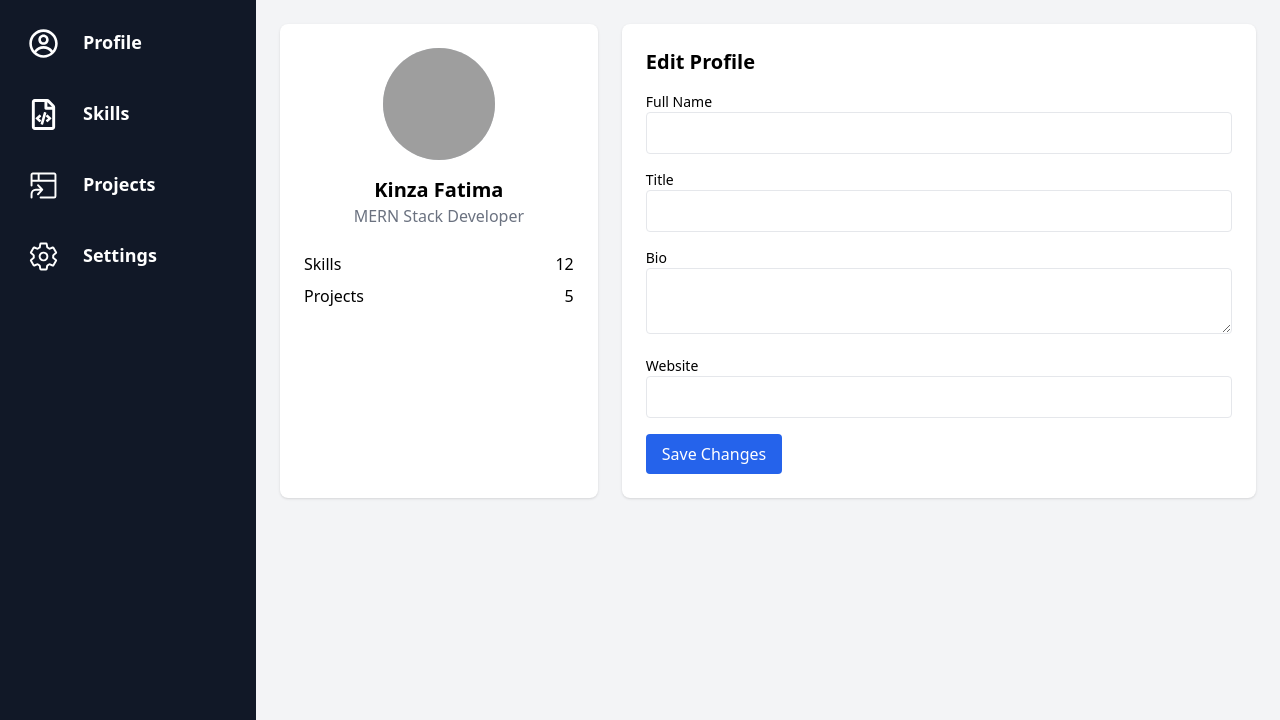
Repository: alizey12/DevLinker-Developer-Portfolio-Builder
Page: /dashboard/profile
These files come from the project's save history. The page is drawn as it stood at one moment and after a run of saves; the edit follows.
The browser window is 1280 px wide. The pictures show the whole page.
Pictures or frames that could not be fetched are drawn as grey boxes. The project was rebuilt for these pictures with package versions that can differ from the ones it lists, and the page was loaded fresh each time. Also part of the build but not shown: vite.config.js, src/Pages/Login.jsx, src/Pages/Signup.jsx, src/Pages/Portfolio.jsx, src/Pages/Page404.jsx, src/Pages/Dashboard/Skills.jsx, src/Pages/Dashboard/Project.jsx, src/Pages/Dashboard/Setting.jsx.

Above is the page before, as saved 2025-06-28 21:55:41.

### src/main.jsx
import { StrictMode } from 'react'

import { createRoot } from 'react-dom/client'
import './index.css'
import App from './App.jsx'
import { BrowserRouter } from 'react-router'

createRoot(document.getElementById('root')).render(
  <StrictMode>
  <BrowserRouter>
    <App />
    </BrowserRouter>
  </StrictMode>,
)

### src/App.jsx
import AppRoutes from "./Routes/AppRoutes";

function App() {
  return (
    <>
<AppRoutes />
    </>
  )
}

export default App

### src/Routes/AppRoutes.jsx
import React from 'react';
import { Routes, Route } from 'react-router';

import DashboardLayout from '../Components/Layout/DashboardLayout';
import Login from '../Pages/Login';
import Signup from '../Pages/Signup';
import Portfolio from '../Pages/Portfolio';
import Page404 from "../Pages/Page404";

import Profile from '../Pages/Dashboard/Profile';
import Skills from '../Pages/Dashboard/Skills';
import Projects from '../Pages/Dashboard/Project';
import Settings from '../Pages/Dashboard/Setting';

const AppRoutes = () => {
  return (
    <Routes>
      {/* Public Routes */}
      <Route path='/' element={<Login />} />
      <Route path='/signup' element={<Signup />} />
      <Route path='/portfolio/:username' element={<Portfolio />} />

      {/* Dashboard Routes */}
      <Route path='/dashboard' element={<DashboardLayout />}>
        <Route path="profile" element={<Profile />} />
        <Route path="skills" element={<Skills />} />
        <Route path="projects" element={<Projects />} />
        <Route path="settings" element={<Settings />} />
      </Route>

      {/* 404 Page */}
      <Route path='*' element={<Page404 />} />
    </Routes>
  );
};

export default AppRoutes;

### src/Components/Layout/DashboardLayout.jsx
import React from 'react'
import { Outlet } from 'react-router'
import Sidebar from '../Sidebar'

const DashboardLayout = () => {
  return (
    <div className="flex min-h-screen">
      {/* Sidebar on the left */}
      <Sidebar />

      {/* Main content */}
      <main className="flex-1 p-6 bg-gray-100">
        <Outlet />
      </main>
    </div>
  )
}

export default DashboardLayout

### src/Pages/Dashboard/Profile.jsx
import React, { useState } from 'react'



const Profile = () => {
  const [name, setName] = useState('');
  const [bio, setBio] = useState('');
  const [title, setTitle] = useState('');
  const [website, setWebsite] = useState('');
  const [savedProfile, setsavedProfile] = useState();

  function handleSubmit(e) {
    e.preventDefault()
    console.log(name,bio,title,website)
  }
  return (
    <div className="flex flex-col md:flex-row gap-6">
      {/* Left: Profile Card */}
      <div className="w-full md:w-1/3 bg-white p-6 rounded-lg shadow">
        <img
          src="https://static.vecteezy.com/system/resources/previews/036/473/336/original/ai-generated-asian-girl-as-a-modern-day-tech-entrepreneur-on-transparent-background-png.png"
          alt="Avatar"
          className="w-28 h-28 bg-gray-300 rounded-full mx-auto"
        />
        <h2 className="text-center text-xl font-semibold mt-4">Kinza Fatima</h2>
        <p className="text-center text-gray-500">MERN Stack Developer</p>
        <p className="text-center text-gray-500"></p>
        <p className="text-center text-gray-500"></p>


        {/* Stats */}
        <div className="mt-6 space-y-2">
          <div className="flex justify-between">
            <span>Skills</span>
            <span>12</span>
          </div>
          <div className="flex justify-between">
            <span>Projects</span>
            <span>5</span>
          </div>
        </div>
      </div>

      {/* Right: Edit Form */}
      <div className="w-full md:w-2/3 bg-white p-6 rounded-lg shadow">
        <h2 className="text-xl font-semibold mb-4">Edit Profile</h2>
        <form className="space-y-4">
          <div>
            <label className="block text-sm font-medium">Full Name</label>
            <input value={name} onChange={(e)=>setName(e.target.value)} type="text" className="w-full border p-2 rounded" />
          </div>
          <div>
            <label className="block text-sm font-medium">Title</label>
            <input value={title} onChange={(e)=>setTitle(e.target.value)} type="text" className="w-full border p-2 rounded" />
          </div>
          <div>
            <label className="block text-sm font-medium">Bio</label>
            <textarea value={bio} onChange={(e)=>setBio(e.target.value)} className="w-full border p-2 rounded"></textarea>
          </div>
          <div>
            <label className="block text-sm font-medium">Website</label>
            <input value={website} onChange={(e)=>setWebsite(e.target.value)} type="url" className="w-full border p-2 rounded" />
          </div>
          <button onClick={handleSubmit} className="bg-blue-600 text-white px-4 py-2 rounded">Save Changes</button>
        </form>
      </div>
    </div>
  )
}

export default Profile

### src/Components/Sidebar.jsx
import React from 'react'
import { NavLink } from 'react-router'
import { CgProfile } from "react-icons/cg";
import { FaRegFileCode } from "react-icons/fa";
import { GoProjectSymlink } from "react-icons/go";
import { IoSettingsOutline } from "react-icons/io5";

const Sidebar = () => {
  return (
    <div>
      <aside className="w-64 min-h-screen bg-gray-900 text-white p-4">
  <ul className="space-y-4">
    <li className='flex '><CgProfile className='p-3' size={55}/> <NavLink className='p-3 font-semibold text-lg' to="profile">Profile</NavLink></li>
    <li className='flex'><FaRegFileCode className='p-3' size={55}/> <NavLink className='p-3 font-semibold text-lg'  to="skills">Skills</NavLink></li>
    <li className='flex'><GoProjectSymlink  className='p-3' size={55}/> <NavLink className='p-3 font-semibold text-lg'  to="projects">Projects</NavLink> </li>
    <li className='flex'><IoSettingsOutline className='p-3' size={55} /> <NavLink className='p-3 font-semibold text-lg'  to="settings">Settings</NavLink></li>
  </ul>
</aside>

    </div>
  )
}

export default Sidebar

Loaded but not shown: index.html (common file); src/index.css (common file); tailwind.config.js (common file)

After the next 3 saves:
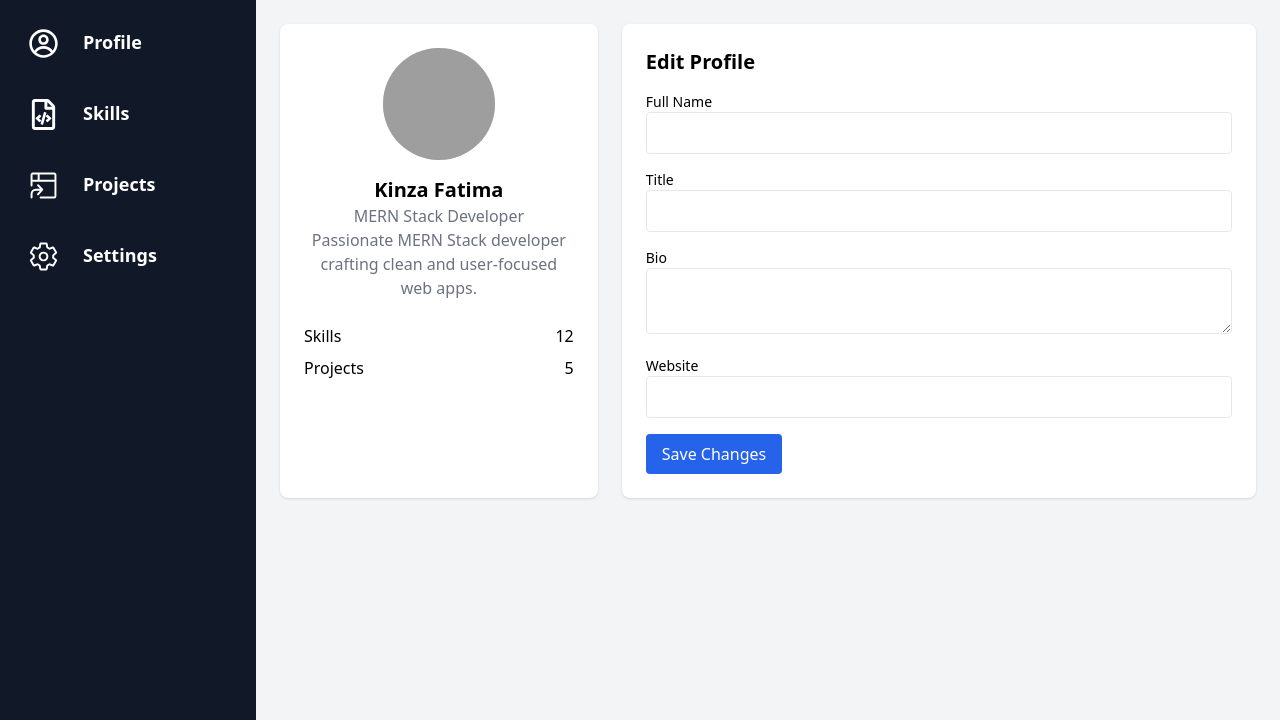
The 3 saves are shown as one change because they came seconds apart.
The last was saved 33 s later.
--- a/src/Pages/Dashboard/Profile.jsx
+++ b/src/Pages/Dashboard/Profile.jsx
@@ -24,7 +24,7 @@
         />
         <h2 className="text-center text-xl font-semibold mt-4">Kinza Fatima</h2>
         <p className="text-center text-gray-500">MERN Stack Developer</p>
-        <p className="text-center text-gray-500"></p>
+        <p className="text-center text-gray-500">Passionate MERN Stack developer crafting clean and user-focused web apps.</p>
         <p className="text-center text-gray-500"></p>
 
 
